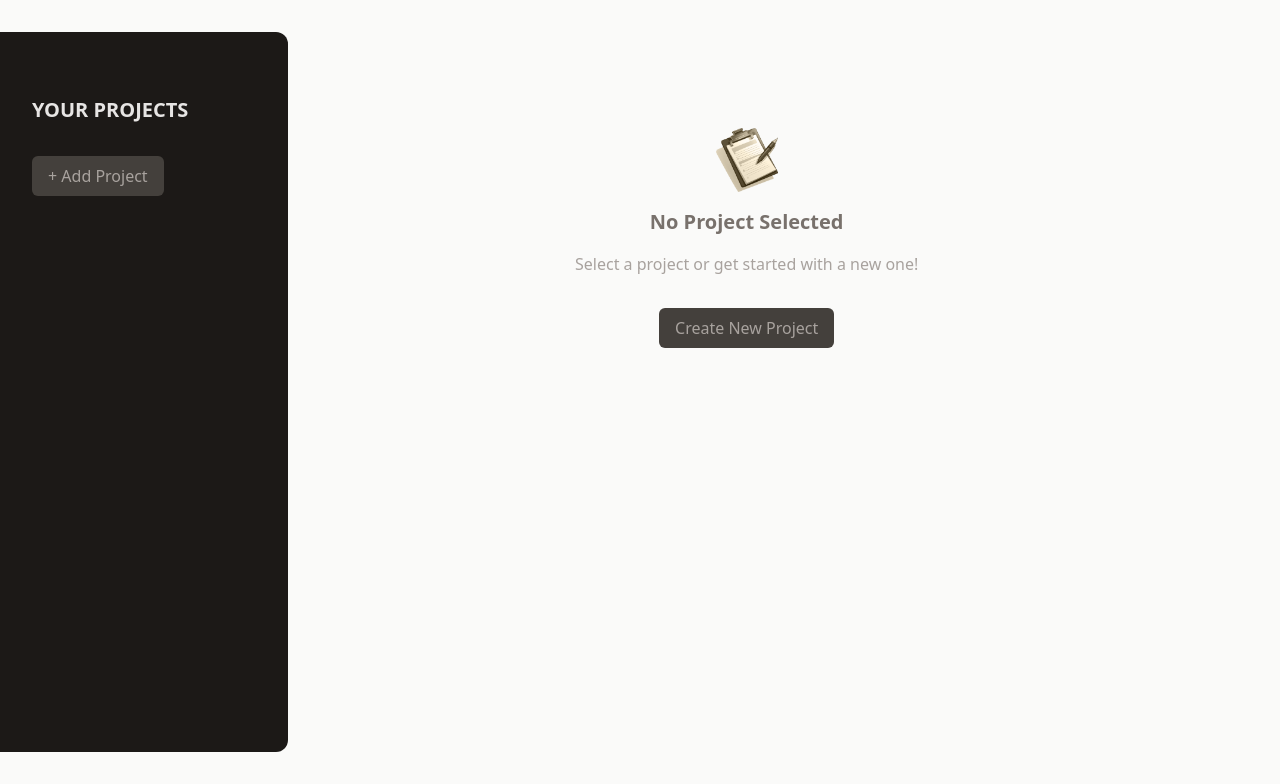
Repository: collyrium921/project-management
Page: /
These files come from the project's save history. The page is drawn as it stood at one moment and after the next save; the edit follows.
The browser window is 1280 px wide. The pictures show the whole page.
The project was rebuilt for these pictures with package versions that can differ from the ones it lists, and the page was loaded fresh each time. Also part of the build but not shown: vite.config.js, src/components/Input.jsx, src/components/NewProject.jsx.

Above is the page before, as saved 2024-07-11 02:20:16.

### src/App.jsx
import { useState } from "react";
import NewProject from "./components/NewProject";
import NoProjectSelected from "./components/NoProjectSelected";
import ProjectsSidebar from "./components/ProjectsSidebar";

function App() {
  const [projectState, setProjectState] = useState({
    selectedProjectId:undefined,
    projects:[]
  })

  function handleStartAddProject(){
    setProjectState(prevState => {
      return {
        ...prevState,
        selectedProjectId:null,
      }
    });
  }

  let content;
  if(projectState.selectedProjectId === null){
    content = <NewProject />
  }else if(projectState.selectedProjectId === undefined){
    content = <NoProjectSelected />
  }
  return (
    <main className="h-screen my-8 flex gap-8">
      <ProjectsSidebar onStartAddProject={handleStartAddProject} />
      {content}
    </main>
  );
}

export default App;

### src/components/NoProjectSelected.jsx
import noProjectImage from "../assets/no-projects.png"
import Button from "./Button"
export default function NoProjectSelected({onStartAddProject}){
    return <div className="mt-24 text-center w-2/3">
        <img src={noProjectImage} alt="An empty task list"  className="w-16 h-16 object-contain mx-auto"/>
        <h2 className="text-xl font-bold text-stone-500 my-4">No Project Selected</h2>
        <p className="text-stone-400 mb-4">Select a project or get started with a new one!</p>
        <p className="mt-8">
            <Button onClick={onStartAddProject}>
                Create New Project
            </Button>
        </p>
    </div>
}

### src/components/ProjectsSidebar.jsx
import Button from "./Button";

export default function ProjectsSidebar({onStartAddProject}) {
  return (
    <aside className="w-1/3 px-8 py-16 bg-stone-900 text-stone-50 md:w-72 rounded-r-xl">
      <h2 className="mb-8 font-bold uppercase md:text-xl text-stone-200">
        {" "}
        Your Projects
      </h2>
      <div>
        <Button onClick={onStartAddProject}>+ Add Project</Button>
      </div>
    </aside>
  );
}

### src/components/Button.jsx
export default function Button({children, ...props}){
    return <button className="px-4 py-2 text-xs md:text-base rounded-md bg-stone-700 text-stone-400 hover:bg-stone-600 hover:text-stone-100" {...props}>
    {children}
  </button>
}

Loaded but not shown: index.html (common file); src/main.jsx (common file); src/index.css (common file); tailwind.config.js (common file)

After the next save:
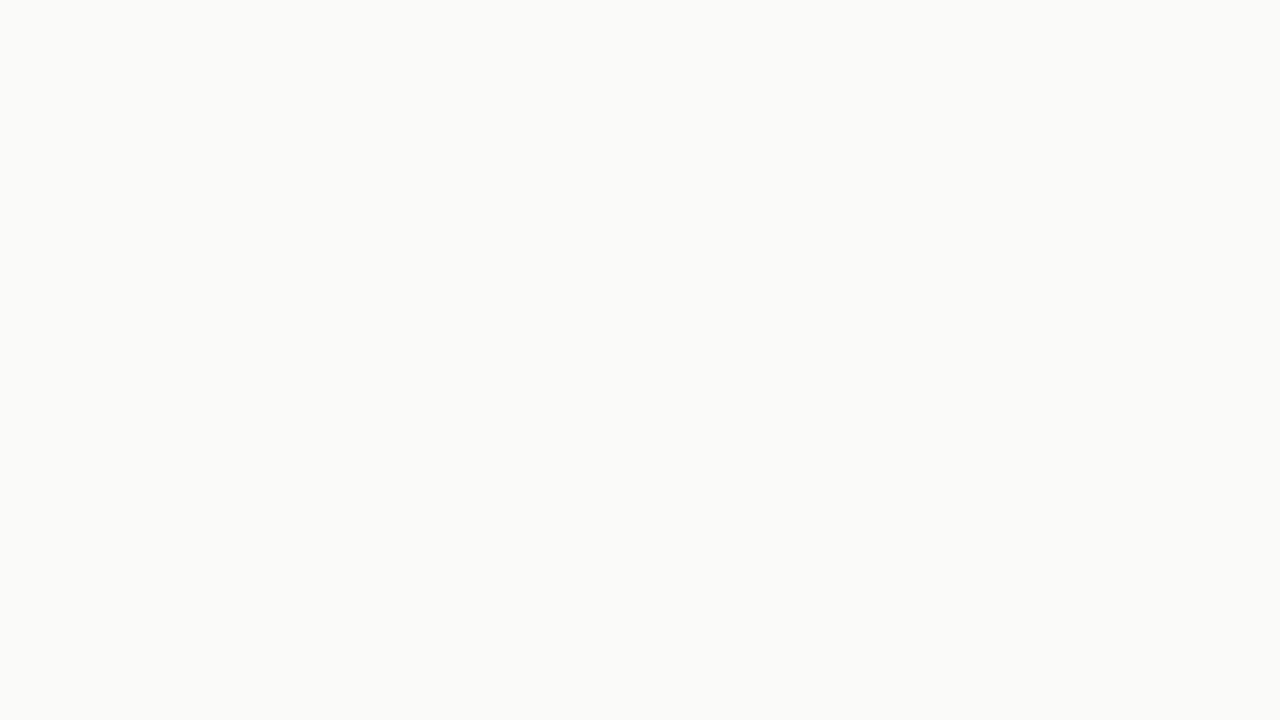
Console error: ReferenceError: onStartAddProject is not defined
Saved 79 s later.
--- a/src/App.jsx
+++ b/src/App.jsx
@@ -22,7 +22,7 @@
   if(projectState.selectedProjectId === null){
     content = <NewProject />
   }else if(projectState.selectedProjectId === undefined){
-    content = <NoProjectSelected />
+    content = <NoProjectSelected onStartAddProject={onStartAddProject} />
   }
   return (
     <main className="h-screen my-8 flex gap-8">

After the save that followed:
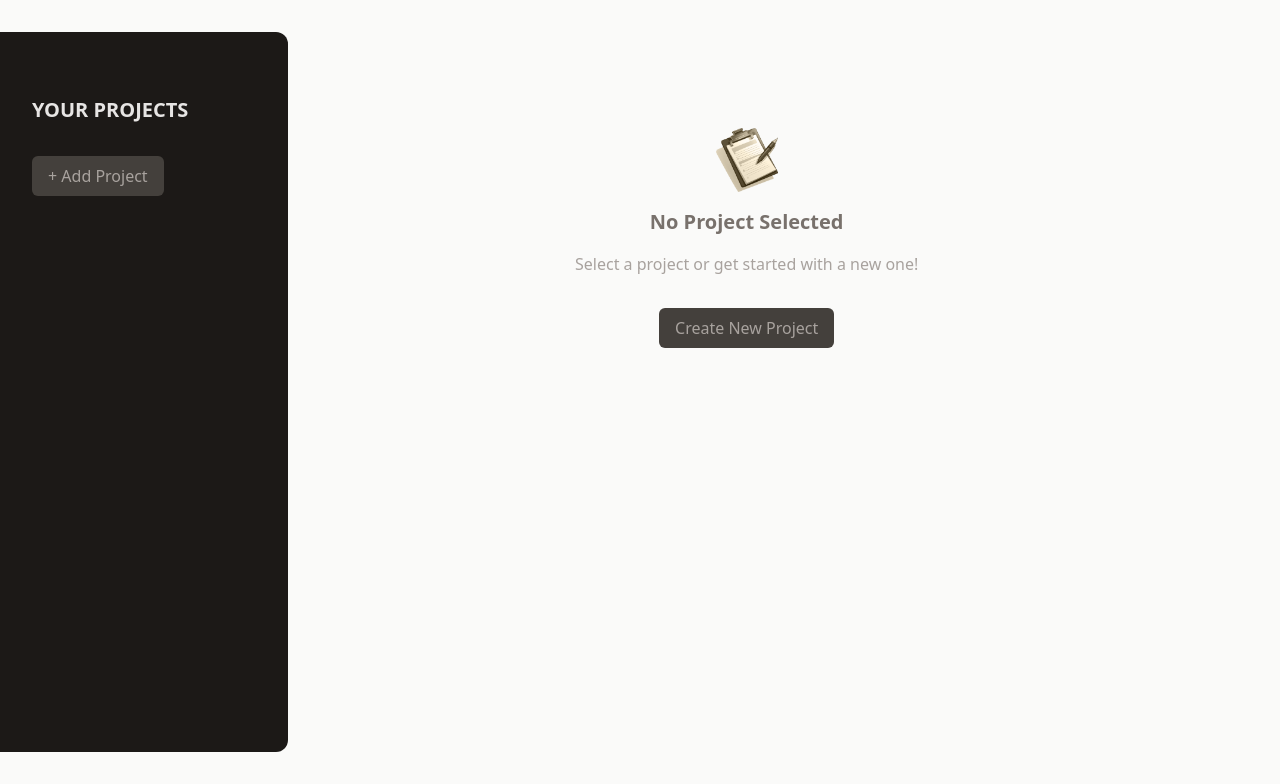
The error is gone.
Saved 12 s later.
--- a/src/App.jsx
+++ b/src/App.jsx
@@ -22,7 +22,7 @@
   if(projectState.selectedProjectId === null){
     content = <NewProject />
   }else if(projectState.selectedProjectId === undefined){
-    content = <NoProjectSelected onStartAddProject={onStartAddProject} />
+    content = <NoProjectSelected onStartAddProject={handleStartAddProject} />
   }
   return (
     <main className="h-screen my-8 flex gap-8">
